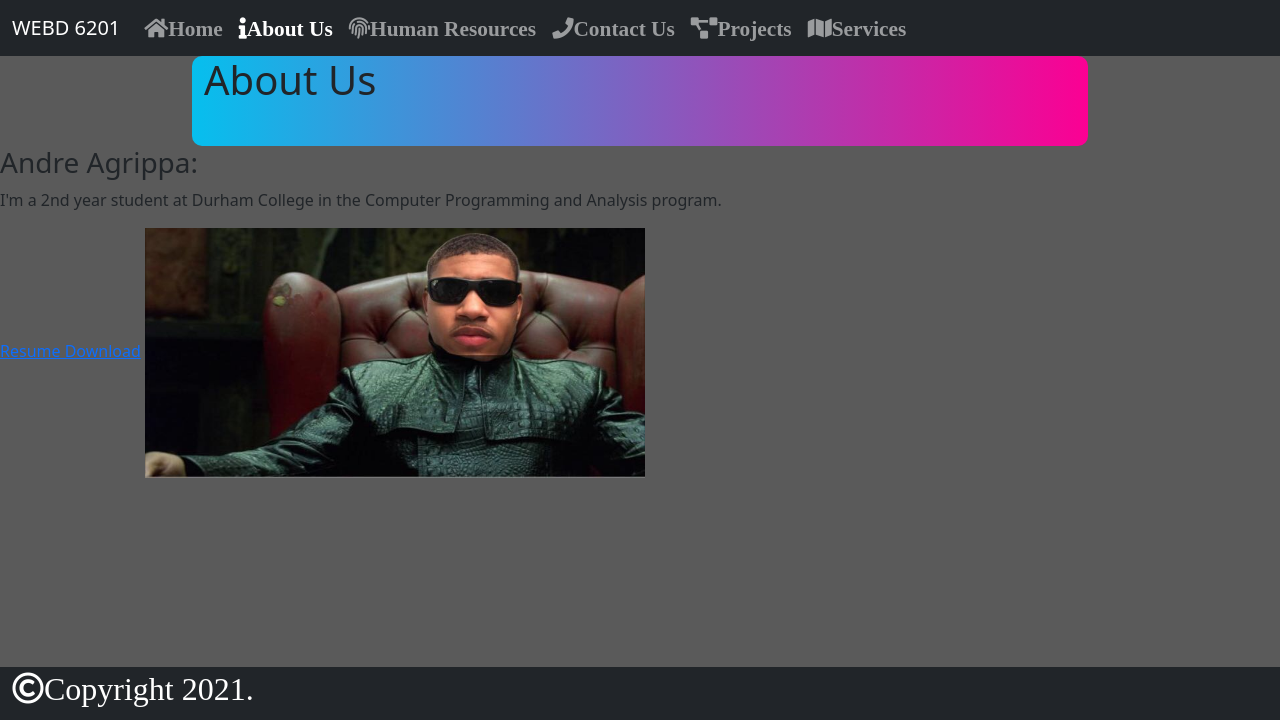
Repository: vans12345678/WEBD6201-W2021-Lab1
Page: about.html
These files come from the project's save history. The page is drawn as it stood at one moment and after the next save; the edit follows.
The browser window is 1280 px wide. The pictures show the whole page.

Above is the page before, as saved 2021-02-02 15:30:59.

### about.html
<!DOCTYPE html>
<html lang="en">
<head>
    <meta charset="UTF-8">
    <meta name="viewport" content="width=device-width, initial-scale=1.0">
    <title>About Us</title>

    <!-- CSS Section -->
    <link rel="stylesheet" href="./node_modules/bootstrap/dist/css/bootstrap.min.css">
    <link rel="stylesheet" href="./node_modules/@fortawesome/fontawesome-free/css/all.min.css">
    <link rel="stylesheet" href="./Content/app.css">
</head>
<body>
  <!-- Main Header -->
    <header>
      <!-- Main Navigation -->
        <nav class="navbar navbar-expand-lg navbar-dark bg-dark">
            <div class="container-fluid">
              <a id ="navHome" class="navbar-brand" href="index.html"></a>
              <button class="navbar-toggler" type="button" data-bs-toggle="collapse" data-bs-target="#navbarSupportedContent" aria-controls="navbarSupportedContent" aria-expanded="false" aria-label="Toggle navigation">
                <span class="navbar-toggler-icon"></span>
              </button>
              <div class="collapse navbar-collapse" id="navbarSupportedContent">
                <ul class="navbar-nav me-auto mb-2 mb-lg-0">
                  <li class="nav-item">
                    <a id = "navIndex" class="nav-link fas fa-home fa-lg" aria-current="page" href="index.html"></a>
                  </li>
                  <li class="nav-item">
                    <a id = "navAbout" class="nav-link active fas fa-info fa-lg" aria-current="page" href="about.html"></a>
                  </li>
                  <li class="nav-item">
                    <a id = "navHumanResources" class="nav-link fas fa-fingerprint fa-lg" aria-current="page" href="human-resources.html"></a>
                  </li>
                  <li class="nav-item">
                    <a id = "navContact" class="nav-link fas fa-phone fa-lg" aria-current="page" href="contact.html"></a>
                  </li>
                  <li class="nav-item">
                    <a id = "navProjects" class="nav-link fas fa-project-diagram fa-lg" aria-current="page" href="projects.html">Products</a>
                  </li>
                  <li class="nav-item">
                    <a id = "navServices" class="nav-link fas fa-map fa-lg" aria-current="page" href="services.html"></a>
                  </li>
                </ul>
              </div>
            </div>
          </nav>
    </header>
  <!-- Main Contents -->
    <main>
        <h1 id = "aboutTitle"class = "container"></h1>
        <p id="aboutAText"></p>
    </main>
    <!-- Main Footer -->
    <footer>
      <nav class="navbar fixed-bottom navbar-dark bg-dark">
          <div class="container-fluid">
              <h4><i class="far fa-copyright fa-lg site-footer">Copyright 2021.</i></h4>
          </div>
        </nav>
  </footer>
    <!-- Script Section -->
    <script src="./node_modules/jquery/dist/jquery.min.js"></script>
    <script src="./node_modules/bootstrap/dist/js/bootstrap.bundle.min.js"></script>
    <script src="./Scripts/app.js"></script>
</body>
</html>

### Content/app.css
/* custom css goes here */
.Vapor {
    background-image: url('../images/vapor.jpg');
    background-repeat: no-repeat;
    background-attachment: fixed;
    background-size: 100% 100%;
  }
  body
  {
    background-color: rgb(90, 90, 90);
  }
  h1.container{
    border-radius: 10px;
    width: 70%;
    height: 90px;
    margin: 0px auto;
    background: linear-gradient(90deg,#06bfee,#fb0093)
  }
  h1.projects{
    background-color: white;
  }
  .contact-table{
    width: 100%;
    margin:  50px auto;
    background-color: white;
  }
  .contact-form
  {
    width: 100%;
    margin:  100px auto;
  }
  .warnMessage
  {
    width: 90%;
    margin:  50px;
  }
  .site-footer {
    color:white;
  }

### Scripts/app.js
/************************************************************
 * Name: Andre Agrippa, Michai Pryce
 * Date: 01/20/2021
 * Description: This file adds functionality to the Home,
 * About Us, Human Resources, Contact Us, Projects and Services
 * pages.
 * Date Completed:
 */

"use strict";


(function(){

    function DisplayNav()
    {
        let navTextElement = document.getElementById("navHome").textContent = "WEBD 6201";
        navTextElement = document.getElementById("navIndex").textContent = "Home";
        navTextElement = document.getElementById("navAbout").textContent = "About Us";
        navTextElement = document.getElementById("navHumanResources").textContent = "Human Resources";
        navTextElement = document.getElementById("navContact").textContent = "Contact Us";
        navTextElement = document.getElementById("navProjects").textContent = "Projects";
        navTextElement = document.getElementById("navServices").textContent = "Services";
    }

    function displayHome()
    {
        DisplayNav();
        let introText = "This is a simple site to demonstrate the specified requirements for Lab 1 WEBD 6201 - Client Side Scripting";
        let titleText = "Welcome to WEBD 6201";

        let introTextElement = document.getElementById("introParagraph").textContent = introText;
        introTextElement = document.getElementById("title").textContent = titleText;


        // mainContent.innerHTML =
        // `<h1 id = "firstHeading">Welcome to WEBD6201 - Lab 1</h1>
        // <p id = "paragraphOne" class = "fs-3 fw-bold">This is my first paragraph</p>
        // `;

    }
    function displayAbout()
    {
        DisplayNav();
        let andreHeader = "Andre Agrippa:";
        let andreText = "I'm a 2nd year student at Durham College in the Computer Programming and Analysis program.";

        //About Andre
        let aboutElement = document.getElementById("aboutTitle").textContent = "About Us";
        aboutElement = document.getElementById("aboutAText");
        aboutElement.innerHTML = `<h3>Andre Agrippa:</h3>
        <p>I'm a 2nd year student at Durham College in the Computer Programming and Analysis program.</p>
        <a href="andre_resume.pdf" download>Resume Download</a>
        <img src="../images/morpheus.JPG" alt="" style="width:500px;height:250px;">`;

    }
    function displayProjects()
    {
        DisplayNav();
        //Define text and id's
        let p1Text = "Project One: COBOL Item List";
        let p2Text = "Project Two: C#, XAML, MDF  Preferred Shares and Common Shares";
        let p3Text = "Project Three: ASP.NET and MVC Framework Animal Shelter";
        let p1Description = "This project reads records from a .dat file, performs calculations on the data" +
        " then outputs it to a .out file neatly formatted.";
        let p2Description = "This project uses XAML for the windows form and a database to keep track of common and preferred shares." +
        " The database keeps track of how many shares(common/preferred) are  available and validation is applied.";
        let p3Description = "This project is a web application that keeps track of animals, owners, appointment and login info in a database." +
        " Relational database concepts are applied.";

        //Projects 1
        let projectsTextElement = document.getElementById("p1").textContent = p1Text;
        let p1DescriptionElement = document.getElementById("p1Description").textContent = p1Description;

        //Projects 2
        projectsTextElement = document.getElementById("p2").textContent = p2Text;
        p1DescriptionElement = document.getElementById("p2Description").textContent = p2Description;
        //Projects 3
        projectsTextElement = document.getElementById("p3").textContent = p3Text;
        p1DescriptionElement = document.getElementById("p3Description").textContent = p3Description;


        //Assign styles



    }
    function displayServices()
    {
        DisplayNav();
        let s1Header = "Web Development:";
        let s1Text = "We offer a variety of different web development (Front-end, Back-end, Databases). Languages (PHP, ASP.NET, JavaScript)";
        let s2Header = "Service 2:";
        let s2Text = "Service 2 text";
        let s3Header = "Service 3:";
        let s3Text = "Service 3 text";

        //Services 1
        let headerElement = document.getElementById("s1Header").textContent = s1Header;
        let descriptionElement = document.getElementById("s1Description").textContent = s1Text;

        //Service 2
        headerElement = document.getElementById("s2Header").textContent = s2Header;
        descriptionElement = document.getElementById("s2Description").textContent = s2Text;

        //Service 3
        headerElement = document.getElementById("s3Header").textContent = s3Header;
        descriptionElement = document.getElementById("s3Description").textContent = s3Text;


    }
    function displayContact()
    {
        DisplayNav();

        let messageArea = document.getElementById("messageArea");
        messageArea.hidden = true;

        //form validation
        let fullName = document.getElementById("fullName");
        fullName.addEventListener("blur", function()
        {
            if(fullName.value.length < 2)
            {
                fullName.focus();
                fullName.select();
                messageArea.hidden = false;
                messageArea.className = "alert alert-danger warnMessage";
                messageArea.textContent = "Please enter an appropriate name > 2 characters";
            }
            else
            {
                messageArea.removeAttribute("class");
                messageArea.hidden = true;
            }
        });
            let sendButton = document.getElementById("sendButton");
            sendButton.addEventListener("click", function(event)
            {
                //event.preventDefault();
                // //Displays twice?

                let contact = new Contact(fullName.value,contactNumber.value, emailAddress.value, shortMessage.value);

                console.log(contact.serialize());
                if(contact.serialize())
                {
                    localStorage.setItem((localStorage.length + 1).toString(),contact.serialize());
                }
            });
    }
    function displayContactList()
    {
        DisplayNav();
        if(localStorage.length > 0)
        {
            let contactList = document.getElementById("contactList");
            let data = "";

            for (let index = 0; index < localStorage.length; index++)
            {
                let contactData = localStorage.getItem((index + 1).toString());
                let contact = new Contact();

                contact.deserialize(contactData);

                data += `<tr>
                <th scope="row">${index + 1}</th>
                <td>${contact.FullName}</td>
                <td>${contact.ContactNumber}</td>
                <td>${contact.EmailAddress}</td>
                <td>${contact.ShortMessage}</td>
              </tr>`;
            }
            contactList.innerHTML = data;
        }

    }
    function displayHumanResources()
    {
        DisplayNav();
    }

    function Start()
    {
        console.log("App Started...");

        //Based of title of html
        switch(document.title)
        {
            case "Index":
                displayHome();
                break;
            case "About Us":
                displayAbout();
                break;
            case "Projects":
                displayProjects();
                break;
            case "Services":
                displayServices();
                break;
            case "Contact Us":
                displayContact();
                break;
            case "Contact-List":
                displayContactList();
                break;
            case "Human Resources":
                displayHumanResources();
                break;
        }


    }

    window.addEventListener("load", Start);

})();

Loaded but not shown: node_modules/bootstrap/dist/css/bootstrap.min.css (library); node_modules/@fortawesome/fontawesome-free/css/all.min.css (library); node_modules/jquery/dist/jquery.min.js (library); node_modules/bootstrap/dist/js/bootstrap.bundle.min.js (library)

After the next save:
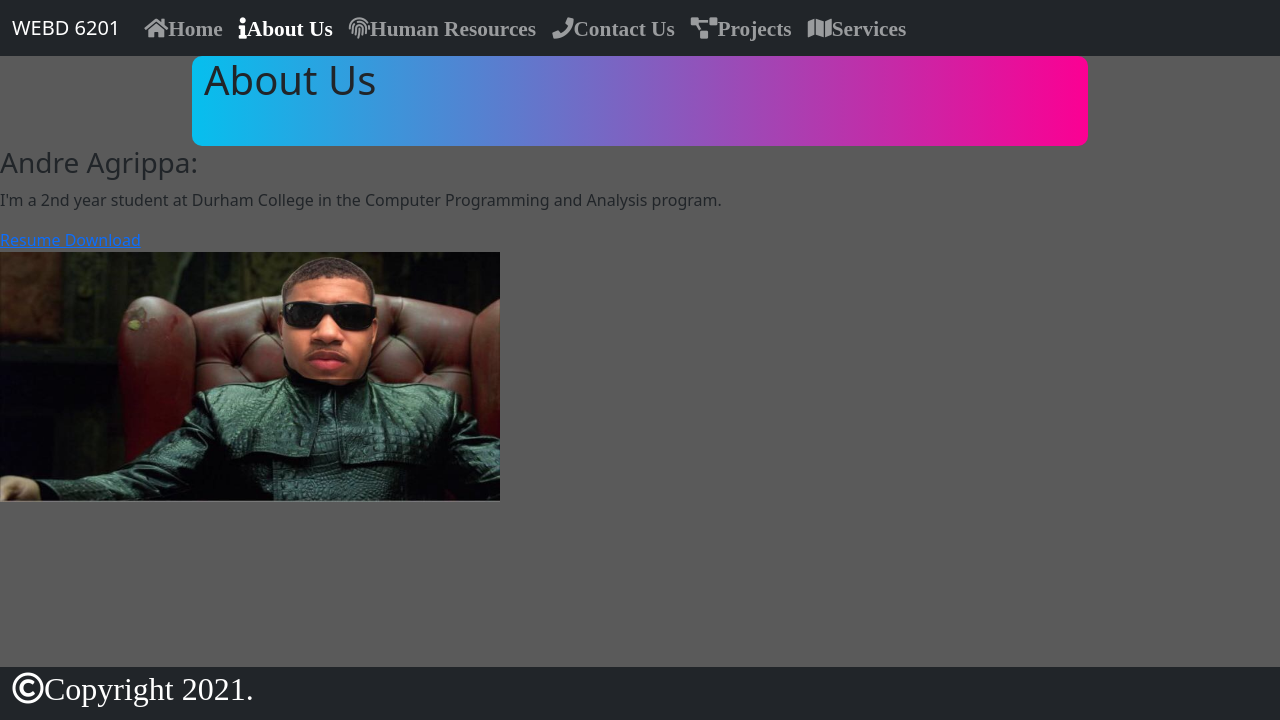
Saved 12 s later.
--- a/Scripts/app.js
+++ b/Scripts/app.js
@@ -50,7 +50,7 @@
         aboutElement = document.getElementById("aboutAText");
         aboutElement.innerHTML = `<h3>Andre Agrippa:</h3>
         <p>I'm a 2nd year student at Durham College in the Computer Programming and Analysis program.</p>
-        <a href="andre_resume.pdf" download>Resume Download</a>
+        <a href="andre_resume.pdf" download>Resume Download</a></br>
         <img src="../images/morpheus.JPG" alt="" style="width:500px;height:250px;">`;
 
     }
